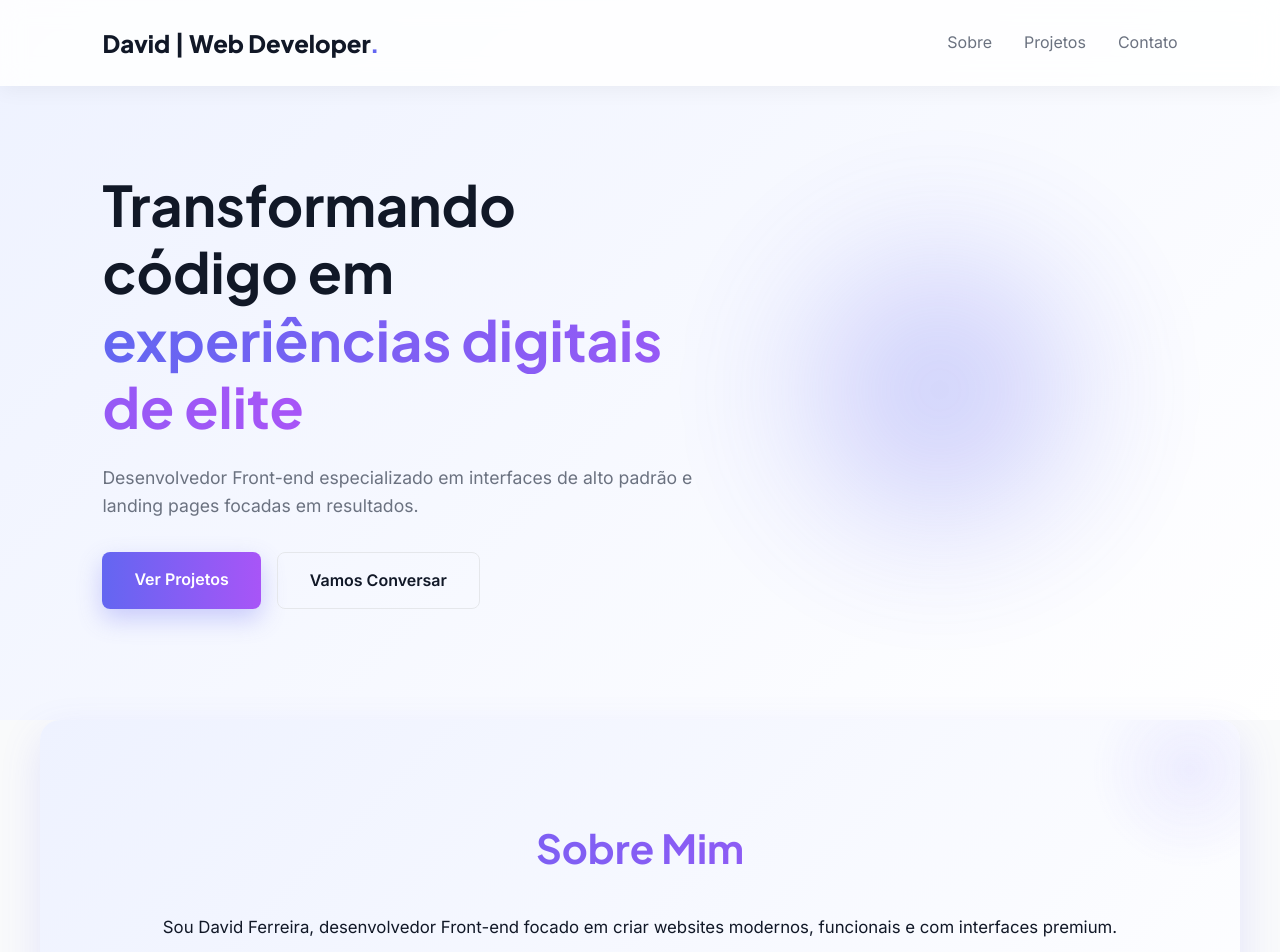
Repository: davidfsillva/David_Ferreira
Page: index.html
An editor plug-in stored every save of this project. The page is shown before and after the next save, followed by the edit.
The browser window is 1280 px wide. The pictures show the part of the page from y = 0 to 952 px (the page is 2914 px tall).

Above is the page before, as saved 2026-02-11 12:41:39.
Console error: TypeError: Cannot read properties of null (reading 'addEventListener')

### index.html
<!DOCTYPE html>
<html lang="pt-BR">
<head>
    <meta charset="UTF-8">
    <meta name="viewport" content="width=device-width, initial-scale=1.0">

    <title>David Ferreira | Desenvolvedor Front-end & UI Designer Premium</title>

    <!-- SEO Primário -->
    <meta name="description" content="David Ferreira é desenvolvedor front-end especializado em interfaces premium, landing pages de alta conversão e experiências digitais modernas.">
    <meta name="keywords" content="Desenvolvedor Front-end, Web Designer, UI Designer, Landing Page, Desenvolvimento Web, Freelancer Brasil">
    <meta name="author" content="David Ferreira">
    <meta name="robots" content="index, follow">
    <link rel="canonical" href="https://seudominio.com/">

    <!-- Open Graph (Facebook, LinkedIn) -->
    <meta property="og:title" content="David Ferreira | Desenvolvedor Front-end Premium">
    <meta property="og:description" content="Interfaces digitais de alto padrão, focadas em performance e conversão.">
    <meta property="og:image" content="https://seudominio.com/preview.jpg">
    <meta property="og:url" content="https://seudominio.com/">
    <meta property="og:type" content="website">

    <!-- Twitter Card -->
    <meta name="twitter:card" content="summary_large_image">
    <meta name="twitter:title" content="David Ferreira | Web Developer">
    <meta name="twitter:description" content="Desenvolvimento web premium focado em performance e design moderno.">
    <meta name="twitter:image" content="https://seudominio.com/preview.jpg">

    <!-- Favicon -->
    <link rel="icon" href="favicon.ico" type="image/x-icon">

    <!-- Fonts -->
    <link href="https://fonts.googleapis.com/css2?family=Inter:wght@300;400;600&family=Plus+Jakarta+Sans:wght@700;800&display=swap" rel="stylesheet">

    <!-- Font Awesome -->
    <link rel="stylesheet" href="https://cdnjs.cloudflare.com/ajax/libs/font-awesome/6.5.0/css/all.min.css" integrity="sha512-..." crossorigin="anonymous" referrerpolicy="no-referrer" />


    <link rel="stylesheet" href="style.css">
</head>


<body>

    <!-- NAVBAR -->
    <nav class="navbar">
        <div class="logo"><a href="#">David | Web Developer<span>.</span></a></div>

        <ul class="nav-links">
            <li><a href="#about">Sobre</a></li>
            <li><a href="#portfolio">Projetos</a></li>
            <li><a href="#contact" class="btn-sm">Contato</a></li>
        </ul>
    </nav>

    <!-- HERO -->
    <section class="hero">
        <div class="hero-content">
            <h1>Transformando código em <span>experiências digitais de elite</span></h1>
            <p>Desenvolvedor Front-end especializado em interfaces de alto padrão e landing pages focadas em resultados.</p>
            <div class="hero-btns">
                <a href="#portfolio" class="btn-primary">Ver Projetos</a>
                <a href="#contact" class="btn-secondary">Vamos Conversar</a>
            </div>
        </div>
        <div class="hero-visual">
            <div class="hero-glow"></div>
        </div>
    </section>

    <!-- SOBRE -->
    <section id="about" class="section">
        <h2>Sobre Mim</h2>
        <p>Sou David Ferreira, desenvolvedor Front-end focado em criar websites modernos, funcionais e com interfaces premium. Trabalho com HTML, CSS, JavaScript e React, priorizando performance, design e experiência do usuário.</p>
        <p>Meu objetivo é ajudar empresas e profissionais a se destacarem no digital através de websites que transmitam confiança e gerem resultados reais.</p>
    </section>

    <!-- PORTFÓLIO -->
    <section id="portfolio" class="portfolio">
        <div class="section-header">
            <h2>Projetos Selecionados</h2>
            <p>Uma vitrine de soluções focadas em performance e design.</p>
        </div>
        <div class="portfolio-grid">
            <!-- Projeto 1 -->
            <a href="https://davidfsillva.github.io/Alex-Carter/" target="_blank" class="project-link">
                <div class="project-card">
                    <div class="card-image">
                        <img src="img/alex.png" alt="Projeto Alex Carter">
                        <div class="card-overlay"><span>Ver Detalhes</span></div>
                    </div>
                    <div class="card-info">
                        <h3>Alex Carter | Landing Page</h3>
                        <p>Website de personal branding para atleta profissional.</p>
                    </div>
                </div>
            </a>

            <!-- Projeto 2 -->
            <a href="https://davidfsillva.github.io/e-hammershark/" target="_blank" class="project-link">
                <div class="project-card">
                    <div class="card-image">
                        <img src="img/ecomerce.png" alt="Projeto Hammershark">
                        <div class="card-overlay"><span>Ver Detalhes</span></div>
                    </div>
                    <div class="card-info">
                        <h3>Hammershark | E-commerce</h3>
                        <p>E-commerce de moda fitness, focado em branding e experiência de compra.</p>
                    </div>
                </div>
            </a>

            <!-- Projeto 3 -->
            <a href="https://davidfsillva.github.io/landing-page/" target="_blank" class="project-link">
                <div class="project-card">
                    <div class="card-image">
                        <img src="img/landingpage.png" alt="Projeto Landing Page">
                        <div class="card-overlay"><span>Ver Detalhes</span></div>
                    </div>
                    <div class="card-info">
                        <h3>Lucas Andrade | Landing Page</h3>
                        <p>Landing page estratégica para geração de leads e conversão.</p>
                    </div>
                </div>
            </a>

            <!-- Projeto 4 -->
            <a href="https://davidfsillva.github.io/beatriz-almeida-adv/" target="_blank" class="project-link">
                <div class="project-card">
                    <div class="card-image">
                        <img src="img/adv.png" alt="Projeto Beatriz Almeida Advogados">
                        <div class="card-overlay"><span>Ver Detalhes</span></div>
                    </div>
                    <div class="card-info">
                        <h3>Beatriz Almeida Advogados | Website Institucional</h3>
                        <p>Website institucional transmitindo autoridade e confiança.</p>
                    </div>
                </div>
            </a>
        </div>
    </section>

    <!-- CTA / CONTATO -->
    <section id="contact" class="cta-section">
        <h2>Pronto para elevar seu nível digital?</h2>
        <p>Transforme sua ideia em uma interface digital de alto padrão.</p>
        <a href="https://wa.me/5511990242453" target="_blank" class="btn-whatsapp">Iniciar Conversa no WhatsApp</a>
    </section>

    <!-- FOOTER -->
    <footer>
        <div class="footer-content">
            <p>&copy; 2026 David Ferreira. Todos os direitos reservados.</p>
            <div class="social-links">
                <a href="mailto:davidfsillva@icloud.com" target="_blank" rel="noopener noreferrer"><i class="fa-solid fa-envelope"></i></a>

                <a href="https://www.instagram.com/david_websites?igsh=MWdmZWJ3MW80N3JsNQ==" target="_blank" rel="noopener noreferrer"><i class="fa-brands fa-instagram"></i></a>
            </div>
        </div>
    </footer>

    <script src="scripts.js"></script>
</body>
</html>
</html>

### style.css
:root {
  --primary: #6366f1;
  --primary-light: #818cf8;
  --accent: #a855f7;
  --text-dark: #111827;
  --text-light: #6b7280;
  --bg-light: #f9fafb;
  --white: #ffffff;
  --transition: all 0.3s ease;
}

/* RESET */
* {
  margin: 0;
  padding: 0;
  box-sizing: border-box;
}

html {
  scroll-behavior: smooth;   /* já tinha */
  scroll-padding-top: 70px; /* ajuste esse valor para altura da navbar */
}


body {
  font-family: 'Inter', sans-serif;
  background: var(--bg-light);
  color: var(--text-dark);
  line-height: 1.6;
  animation: fadePage 0.8s ease-in-out;
}

@keyframes fadePage {
  from { opacity: 0; transform: translateY(10px); }
  to { opacity: 1; transform: translateY(0); }
}

/* NAVBAR */
.navbar {
  position: fixed;
  width: 100%;
  top: 0;
  padding: 1.5rem 8%;
  display: flex;
  justify-content: space-between;
  align-items: center;
  background: rgba(255,255,255,0.85);
  backdrop-filter: blur(12px);
  box-shadow: 0 4px 20px rgba(0,0,0,0.05);
  z-index: 1000;
  transition: var(--transition);
}

.logo {
  font-family: 'Plus Jakarta Sans', sans-serif;
  font-weight: 800;
  font-size: 1.5rem;
}

.logo a {
  text-decoration: none;   /* remove o sublinhado */
  color: var(--text-dark); /* cor principal da logo */
  font-weight: 800;
  font-size: 1.5rem;
}

.logo a span {
  color: var(--primary);   /* deixa apenas o ponto colorido */
}


.logo span {
  color: var(--primary);
}

.nav-links {
  display: flex;
  list-style: none;
  gap: 2rem;
}

.nav-links a {
  text-decoration: none;
  color: var(--text-light);
  font-weight: 500;
  transition: var(--transition);
}

.nav-links a:hover {
  color: var(--primary);
  transform: translateY(-2px);
}

/* HERO */
.hero {
  min-height: 100vh;
  padding: 120px 8% 60px;
  display: flex;
  align-items: center;
  justify-content: space-between;
  background: linear-gradient(135deg, #eef2ff, #ffffff);
  flex-wrap: wrap;
}

.hero-content {
  max-width: 600px;
  animation: heroFade 1s ease 0.2s both;
}

@keyframes heroFade {
  from { opacity: 0; transform: translateY(40px); }
  to { opacity: 1; transform: translateY(0); }
}

.badge {
  display: inline-block;
  padding: 0.5rem 1rem;
  background: rgba(99,102,241,0.1);
  color: var(--primary);
  border-radius: 20px;
  font-size: 0.8rem;
  font-weight: 600;
  margin-bottom: 1.5rem;
}

.hero h1 {
  font-family: 'Plus Jakarta Sans', sans-serif;
  font-size: clamp(2rem, 5vw, 3.5rem);
  line-height: 1.2;
  margin-bottom: 1.5rem;
}

.hero h1 span {
  background: linear-gradient(90deg, var(--primary), var(--accent));
  -webkit-background-clip: text;
  -webkit-text-fill-color: transparent;
}

.hero p {
  font-size: 1.1rem;
  color: var(--text-light);
  margin-bottom: 2rem;
}

/* BUTTONS */
.btn-primary,
.btn-secondary,
.btn-whatsapp {
  display: inline-block;
  padding: 0.9rem 2rem;
  border-radius: 8px;
  text-decoration: none;
  font-weight: 600;
  transition: all 0.3s ease;
  position: relative;
  overflow: hidden;
}

.btn-primary {
  background: linear-gradient(90deg, var(--primary), var(--accent));
  color: white;
  box-shadow: 0 10px 25px rgba(99,102,241,0.3);
}

.btn-primary:hover {
  transform: translateY(-4px) scale(1.03);
}

.btn-primary:active {
  transform: scale(0.96);
}

.btn-primary::after {
  content: "";
  position: absolute;
  width: 200%;
  height: 200%;
  background: radial-gradient(circle, rgba(255,255,255,0.4), transparent 60%);
  top: -50%;
  left: -50%;
  opacity: 0;
  transition: opacity 0.4s ease;
}

.btn-primary:hover::after {
  opacity: 1;
}

.btn-secondary {
  border: 1px solid #e5e7eb;
  color: var(--text-dark);
  margin-left: 1rem;
}

.btn-secondary:hover {
  background: #f3f4f6;
  transform: translateY(-4px);
}

.btn-secondary:active {
  transform: scale(0.96);
}

.btn-whatsapp {
  background: #25d366;
  color: white;
}

.btn-whatsapp:hover {
  transform: translateY(-4px) scale(1.03);
}

.btn-whatsapp:active {
  transform: scale(0.96);
}

.hero-btns {
  display: flex;
  flex-wrap: wrap;
}

#about {
  text-align: center;
  max-width: 1200px; /* ocupa mais largura sem ficar exagerado */
  margin: 0 auto;
  padding: 6rem 8%;
  background: linear-gradient(135deg, #eef2ff 0%, #ffffff 100%); /* combina com hero */
  border-radius: 20px; /* bordas suaves */
  box-shadow: 0 15px 40px rgba(99,102,241,0.15); /* sombra leve e elegante */
  position: relative;
  overflow: hidden;
}

#about::before {
  content: "";
  position: absolute;
  width: 200px;
  height: 200px;
  background: radial-gradient(circle, rgba(163,155,253,0.2), transparent 70%);
  top: -50px;
  right: -50px;
  border-radius: 50%;
  z-index: 0;
  animation: pulseGlow 6s infinite ease-in-out;
}

#about h2 {
  font-family: 'Plus Jakarta Sans', sans-serif;
  font-size: clamp(2rem, 4vw, 2.5rem);
  margin-bottom: 2rem;
  position: relative;
  z-index: 1;
  background: linear-gradient(90deg, var(--primary), var(--accent));
  -webkit-background-clip: text;
  -webkit-text-fill-color: transparent;
}

#about p {
  font-size: 1.05rem;
  line-height: 1.9;
  color: var(--text-dark);
  margin-bottom: 1.8rem;
  position: relative;
  z-index: 1;
  opacity: 0;
  transform: translateY(20px);
  animation: fadeUp 1s forwards;
  animation-delay: 0.3s;
}

/* Animação suave */
@keyframes fadeUp {
  to {
    opacity: 1;
    transform: translateY(0);
  }
}



/* HERO VISUAL */
.hero-visual {
  flex: 1;
  min-height: 400px;
  display: flex;
  justify-content: center;
  align-items: center;
}

.hero-glow {
  width: 350px;
  height: 350px;
  background: radial-gradient(circle, rgba(99,102,241,0.4), transparent 70%);
  border-radius: 50%;
  filter: blur(60px);
  animation: pulseGlow 4s infinite ease-in-out;
}

@keyframes pulseGlow {
  0% { transform: scale(1); opacity: 0.7; }
  50% { transform: scale(1.1); opacity: 1; }
  100% { transform: scale(1); opacity: 0.7; }
}

/* PORTFOLIO */
.portfolio {
  padding: 6rem 8%;
}

.section-header {
  text-align: center;
  margin-bottom: 4rem;
}

.section-header h2 {
  font-family: 'Plus Jakarta Sans', sans-serif;
  font-size: 2.2rem;
  margin-bottom: 1rem;
  color: var(--primary)
}

.section-header p {
  color: var(--text-light);
}

.portfolio-grid {
  display: grid;
  grid-template-columns: repeat(auto-fit, minmax(280px, 1fr));
  gap: 2rem;
}

.project-card {
  background: var(--white);
  border-radius: 16px;
  overflow: hidden;
  box-shadow: 0 10px 30px rgba(0,0,0,0.06);
  cursor: pointer;
  transition: transform 0.4s ease, box-shadow 0.4s ease;
  will-change: transform;
}

.project-card:hover {
  transform: translateY(-12px) scale(1.03);
  box-shadow: 0 25px 50px rgba(99,102,241,0.2);
}

.card-image {
  position: relative;
  overflow: hidden;
}

.card-image img {
  width: 100%;
  height: 220px;
  object-fit: cover;
  display: block;
  transition: transform 0.6s ease;
}

.project-card:hover .card-image img {
  transform: scale(1.08);
}

.card-overlay {
  position: absolute;
  inset: 0;
  background: rgba(99,102,241,0.8);
  display: flex;
  justify-content: center;
  align-items: center;
  color: white;
  font-weight: 600;
  opacity: 0;
  transition: opacity 0.4s ease;
}

.project-card:hover .card-overlay {
  opacity: 1;
}

.card-info {
  padding: 1.5rem;
}

.card-info h3 {
  margin-bottom: 0.5rem;
}

.card-info p {
  color: var(--text-light);
}

.project-link {
  text-decoration: none;
  color: inherit;
  display: block;
}


/* CTA */
.cta-section {
  padding: 5rem 8%;
  text-align: center;
  background: linear-gradient(135deg, #eef2ff, #ffffff);
}

/* FOOTER */
footer {
  padding: 5rem 8%;
  background: var(--white);
  border-top: 1px solid #e5e7eb;
  text-align: center; /* centraliza texto */

}

.footer-content {
  display: flex;
  flex-direction: column; /*empilha elementos verticalmente */
  align-items: center;    /* centraliza horizontalmente */
  gap: 1rem;              /* espaçamento entre elementos */
}

.social-links a {
  text-decoration: none;
  margin-left: 1rem;
  color: var(--text-light);
  transition: var(--transition);
}

.social-links a:hover {
  color: var(--primary);
  transform: translateY(-2px);
}

.cta-section p {
  color: var(--text-light);
  margin-bottom: 2.5rem; /* aumenta espaço abaixo do texto */
}

.btn-whatsapp {
  display: inline-block;
  background: #25d366;
  color: white;
  padding: 1rem 2rem;
  border-radius: 8px;
  text-decoration: none;
  font-weight: 600;
  transition: var(--transition);
  margin-top: 0.5rem; /* pequeno respiro extra */
}


/* MODAL */
.modal-overlay {
  position: fixed;
  inset: 0;
  background: rgba(0,0,0,0.6);
  display: none;
  justify-content: center;
  align-items: center;
  padding: 2rem;
  z-index: 2000;
}

.modal-content {
  background: white;
  width: 100%;
  max-width: 900px;
  border-radius: 20px;
  overflow: hidden;
  animation: modalZoom 0.4s cubic-bezier(.23,1,.32,1);
  position: relative;
}

@keyframes modalZoom {
  from { opacity: 0; transform: scale(0.85) translateY(20px); }
  to { opacity: 1; transform: scale(1) translateY(0); }
}

.modal-body {
  display: grid;
  grid-template-columns: 1fr 1fr;
}

.modal-img {
  min-height: 300px;
  background-size: cover !important;
}

.modal-text {
  padding: 2rem;
}

.close-modal {
  position: absolute;
  top: 20px;
  right: 25px;
  background: none;
  border: none;
  font-size: 2rem;
  cursor: pointer;
  transition: transform 0.3s ease;
}

.close-modal:hover {
  transform: rotate(90deg);
}

/* RESPONSIVO */
@media (max-width: 900px) {
  .hero {
    flex-direction: column;
    text-align: center;
  }

  .hero-visual {
    margin-top: 3rem;
  }

  .modal-body {
    grid-template-columns: 1fr;
  }
}

@media (max-width: 600px) {
  .navbar {
    padding: 1rem 5%;
  }

  .nav-links {
    display: none;
  }

  .hero {
    padding: 100px 5% 60px;
  }

  .portfolio {
    padding: 4rem 5%;
  }

  .cta-section {
    padding: 4rem 5%;
  }

  footer {
    padding: 2rem 5%;
  }

  .footer-content {
    flex-direction: column;
    text-align: center;
  }

  .social-links a {
    margin: 0 0.5rem;
  }
}

### scripts.js
// =============================
// NAVBAR SCROLL EFFECT
// =============================
const navbar = document.querySelector(".navbar");

window.addEventListener("scroll", () => {
  if (window.scrollY > 50) {
    navbar.style.padding = "1rem 8%";
    navbar.style.boxShadow = "0 8px 25px rgba(0,0,0,0.08)";
  } else {
    navbar.style.padding = "1.5rem 8%";
    navbar.style.boxShadow = "0 4px 20px rgba(0,0,0,0.05)";
  }
});

// =============================
// MODAL FUNCTIONALITY
// =============================
const modal = document.querySelector(".modal-overlay");
const modalImg = document.querySelector(".modal-img");
const modalTitle = document.querySelector(".modal-text h3");
const modalDesc = document.querySelector(".modal-text p");
const closeModal = document.querySelector(".close-modal");

const projectCards = document.querySelectorAll(".project-card");

projectCards.forEach(card => {
  card.addEventListener("click", () => {
    const title = card.querySelector("h3").innerText;
    const desc = card.querySelector("p").innerText;
    const img = card.querySelector("img").src;

    modalTitle.innerText = title;
    modalDesc.innerText = desc;
    modalImg.style.backgroundImage = `url(${img})`;

    modal.style.display = "flex";
    document.body.style.overflow = "hidden";
  });
});

// Fechar modal
closeModal.addEventListener("click", () => {
  modal.style.display = "none";
  document.body.style.overflow = "auto";
});

// Fechar clicando fora
modal.addEventListener("click", (e) => {
  if (e.target === modal) {
    modal.style.display = "none";
    document.body.style.overflow = "auto";
  }
});

// Fechar com ESC
document.addEventListener("keydown", (e) => {
  if (e.key === "Escape") {
    modal.style.display = "none";
    document.body.style.overflow = "auto";
  }
});

// =============================
// SCROLL REVEAL ANIMATION
// =============================
const revealElements = document.querySelectorAll(
  ".hero-content, .project-card, .section-header, .cta-section"
);

const observer = new IntersectionObserver(
  (entries) => {
    entries.forEach(entry => {
      if (entry.isIntersecting) {
        entry.target.style.opacity = "1";
        entry.target.style.transform = "translateY(0)";
      }
    });
  },
  { threshold: 0.2 }
);

revealElements.forEach(el => {
  el.style.opacity = "0";
  el.style.transform = "translateY(40px)";
  el.style.transition = "all 0.8s ease";
  observer.observe(el);
});

// =============================
// BUTTON MICRO INTERACTION
// =============================
const buttons = document.querySelectorAll(".btn-primary, .btn-secondary, .btn-whatsapp");

buttons.forEach(btn => {
  btn.addEventListener("mouseenter", () => {
    btn.style.transform = "scale(1.05)";
  });

  btn.addEventListener("mouseleave", () => {
    btn.style.transform = "scale(1)";
  });
});

After the next save:
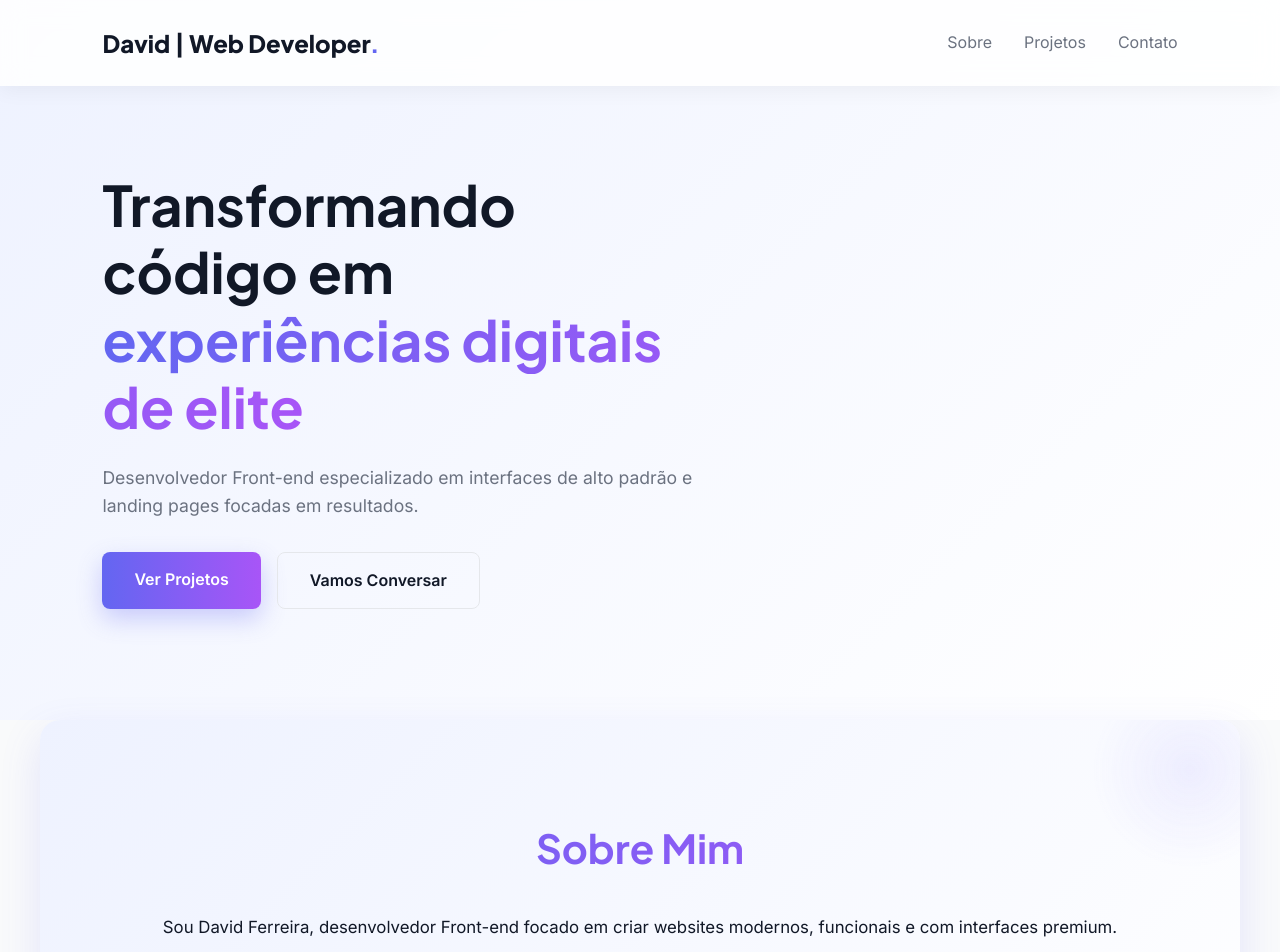
Not found: img/developer-activity.svg
Saved 3 min 59 s later.
--- a/style.css
+++ b/style.css
@@ -288,12 +288,13 @@ body {
 }
 
 .hero-glow {
-  width: 350px;
-  height: 350px;
-  background: radial-gradient(circle, rgba(99,102,241,0.4), transparent 70%);
-  border-radius: 50%;
-  filter: blur(60px);
-  animation: pulseGlow 4s infinite ease-in-out;
+  width: 400px;
+  height: 400px;
+  background: url('img/developer-activity.svg') no-repeat center center;
+  background-size: contain;
+  border-radius: 50%; /* opcional se quiser o efeito circular */
+  filter: blur(20px); /* ajusta para suavizar sem exagero */
+  animation: pulseGlow 4s infinite ease-in-out; /* opcional: mantém leve animação */
 }
 
 @keyframes pulseGlow {
